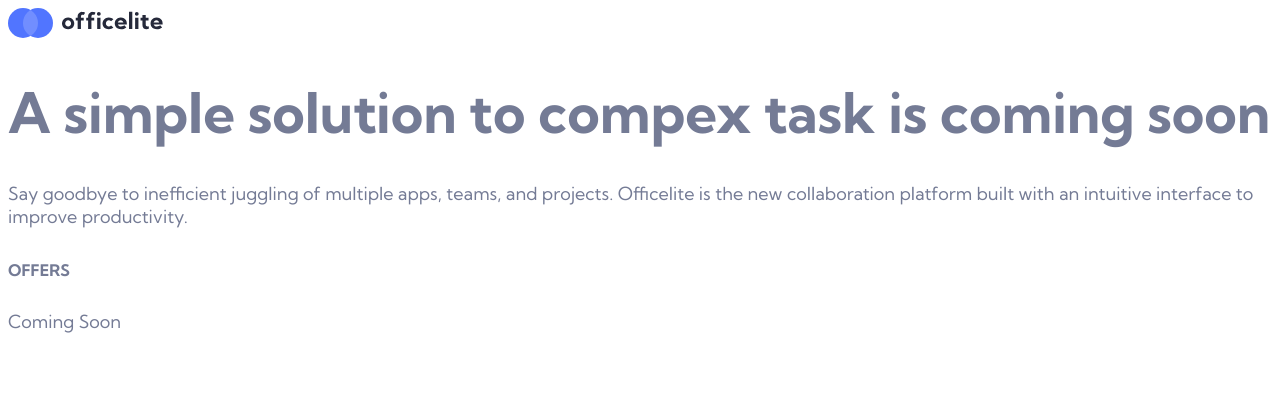
Repository: jodelajo/frontend-css-challenge
Page: index.html
The author's editor kept a copy of each file at every save. The page is drawn from the files as they stood at one save, then again after the next save.
The browser window is 1280 px wide. The pictures show the whole page.

Above is the page before, as saved 2022-02-28 12:51:21.

### index.html
<!DOCTYPE html>
<html lang="en">
  <head>
    <meta charset="UTF-8" />
    <meta name="viewport" content="width=device-width, initial-scale=1.0" />

    <link
      rel="icon"
      type="image/png"
      sizes="32x32"
      href="./assets/favicon-32x32.png"
    />
    <link rel="preconnect" href="https://fonts.googleapis.com" />
    <link rel="preconnect" href="https://fonts.gstatic.com" crossorigin />
    <link
      href="https://fonts.googleapis.com/css2?family=Kumbh+Sans:wght@400;700&display=swap"
      rel="stylesheet"
    />
    <link href="./index.css" type="text/css" rel="stylesheet" />
    <title>Frontend Mentor | Officelite coming soon site</title>
  </head>
  <body>
    <header>
      <img src="./assets/shared/logo.svg" alt="logo-officelite" />
    </header>
    <main>
      <div>
        <h1>A simple solution to compex task is coming soon</h1>
        <p>
          Say goodbye to inefficient juggling of multiple apps, teams, and
          projects. Officelite is the new collaboration platform built with an
          intuitive interface to improve productivity.
        </p>
      </div>
      <h3>Offers</h3>
      <div>Coming Soon</div>
    </main>
  </body>
</html>

### index.css
:root {
  --colors-blue: #5175ff;
  --colors-dark: #333950;
  --colors-grey: #747b95;
  --colors-light-blue: #829cff;
  --colors-blackblue: #25293a;
  --colors-red: #f05b5b;
}

body {
  font-family: "Kumbh Sans", sans-serif;
  color: var(--colors-grey);
  font-size: 18px;
  font-weight: 400;
}
h1 {
  font-weight: bold;
  font-size: 56px;
  line-height: 64px;
}
h2 {
  font-weight: bold;
  font-size: 20px;
  line-height: 28px;
}
h3 {
  text-transform: uppercase;
  font-weight: bold;
  font-size: 16px;
  line-height: 48px;
}

After the next save:
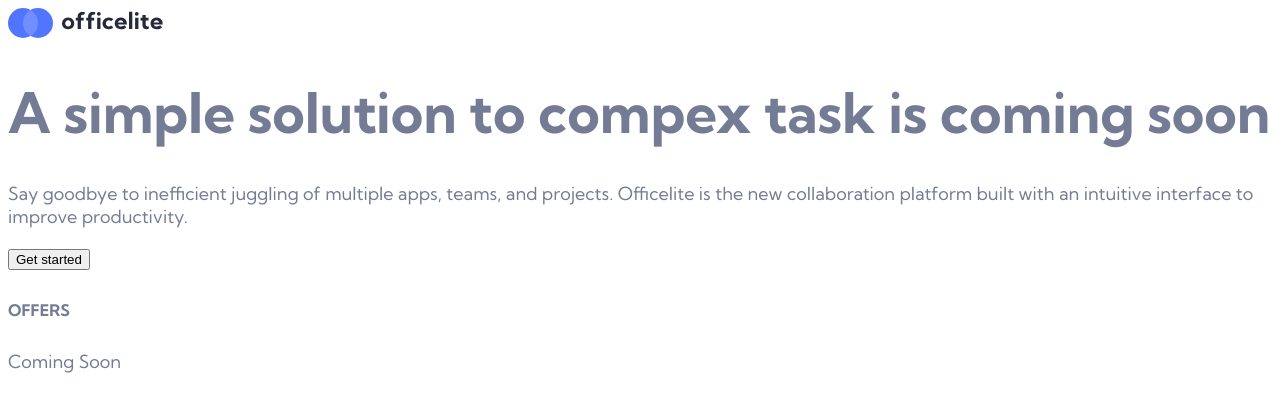
Saved 41 s later.
--- a/index.html
+++ b/index.html
@@ -31,6 +31,7 @@
           projects. Officelite is the new collaboration platform built with an
           intuitive interface to improve productivity.
         </p>
+        <button>Get started</button>
       </div>
       <h3>Offers</h3>
       <div>Coming Soon</div>
